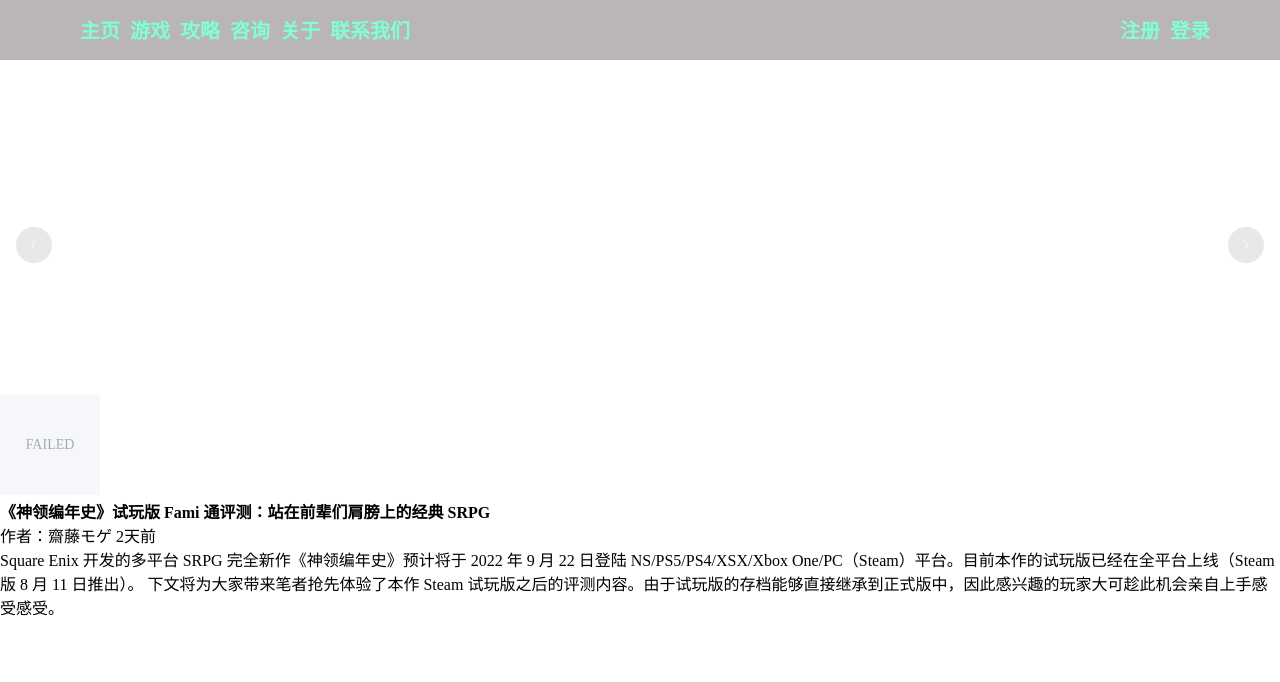
Repository: nucleako/xxtx
Page: / (app in xxtx/)
The author's editor kept a copy of each file at every save. The page is drawn from the files as they stood at one save, then again after the next save.
The browser window is 1280 px wide. The pictures show the whole page.
The project was rebuilt for these pictures with package versions that can differ from the ones it lists, and the page was loaded fresh each time.

Above is the page before, as saved 2022-09-05 11:18:41.

After the next save:
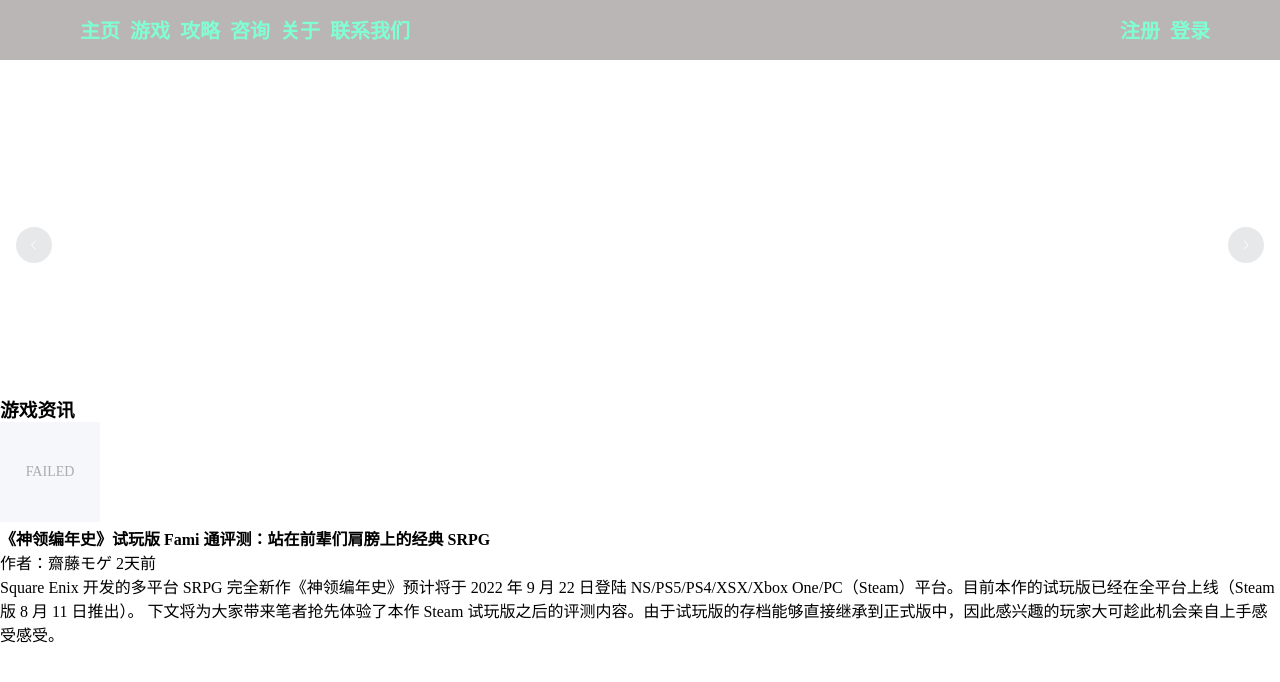
Saved 22 s later.
--- a/xxtx/src/views/Home.vue
+++ b/xxtx/src/views/Home.vue
@@ -12,7 +12,7 @@
 
   <div class="yxzx">
     <div class="con">
-      <h3></h3>
+      <h3>游戏资讯</h3>
       <div class="yxzx_con">
         <div class="yxzx_con_item">
           <el-image style="width: 100px; height: 100px" :src="url" :fit="fit" />
